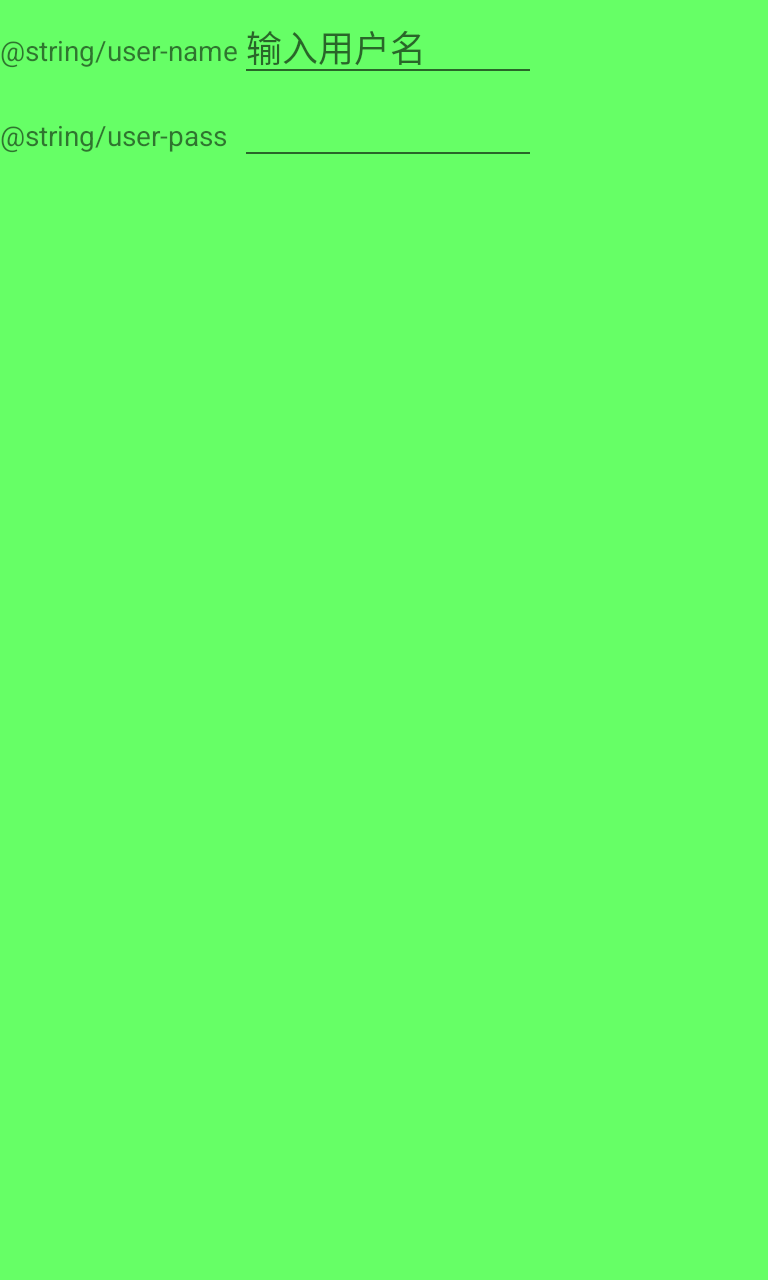
Repository: bingb89/Garbage
Layout: xml/login-demo/res/layout/activity_main.xml
An editor plug-in stored every save of this project. The layout is shown before and after the next save, followed by the edit.
It is drawn on a 768 x 1280 px phone screen (xhdpi) without system bars, with theme AppTheme; the app's code is not run.

Above is the layout before, as saved 2015-12-25 02:16:29.

After the next save:
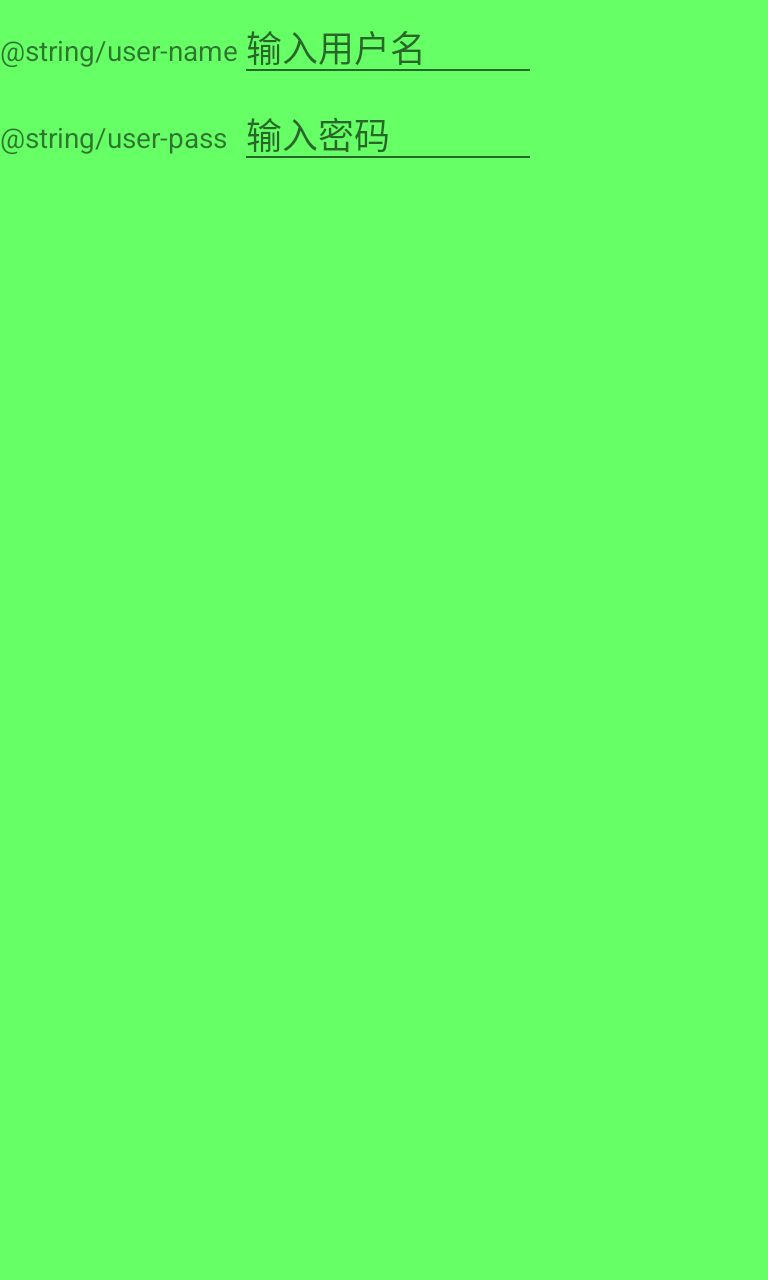
Saved 14 s later.
--- a/xml/login-demo/res/layout/activity_main.xml
+++ b/xml/login-demo/res/layout/activity_main.xml
@@ -34,7 +34,8 @@
             android:id="@+id/edit2"
             android:layout_width="wrap_content"
             android:layout_height="wrap_content"
-            android:minWidth="150dp" />
+            android:minWidth="150dp"
+            android:hint="输入密码" />
     </TableRow>
 
 </TableLayout>
